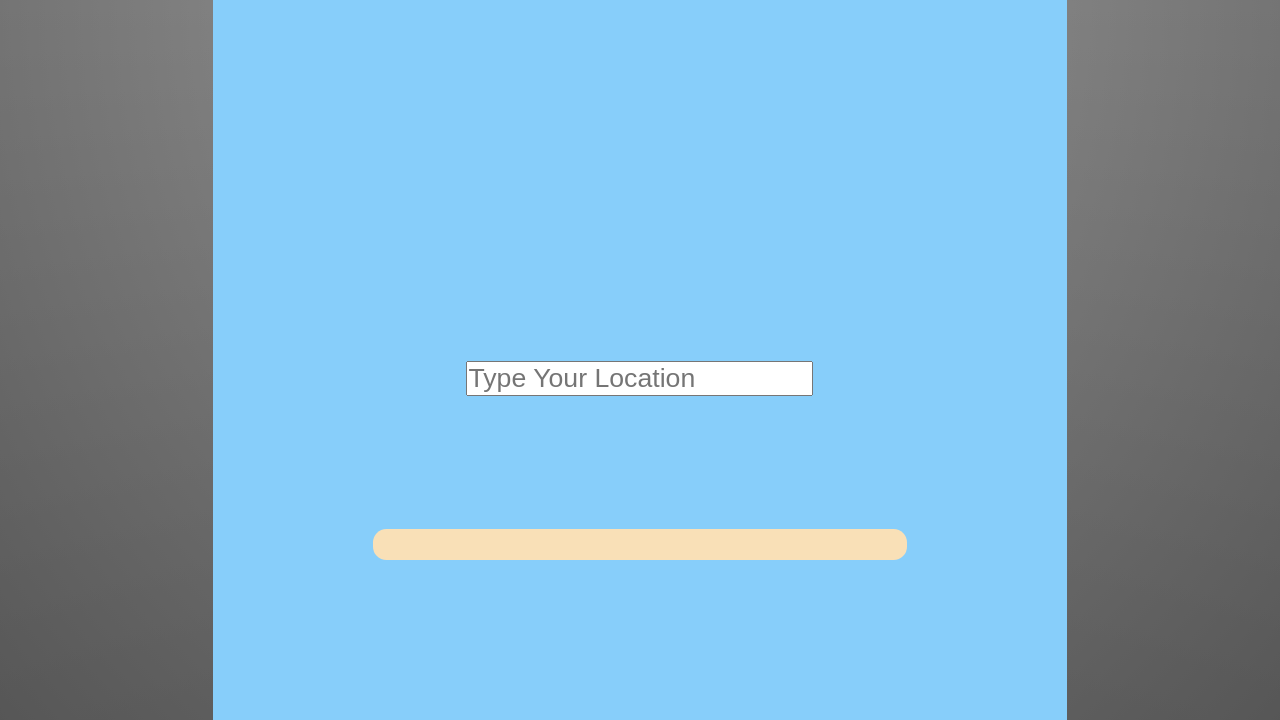
Repository: Heidingg/weather_app
Page: /
The author's editor kept a copy of each file at every save. The page is drawn from the files as they stood at one save, then again after the next save.
The browser window is 1280 px wide. The pictures show the whole page.
The project was rebuilt for these pictures with package versions that can differ from the ones it lists, and the page was loaded fresh each time. The framework's server and built-in components were replaced by stand-ins that run in the browser. Also part of the build but not shown: next.config.js.

Above is the page before, as saved 2023-01-20 22:31:11.

### pages/index.js
import Head from 'next/head';
import Image from 'next/image';
import { Inter } from '@next/font/google';
import styles from '../styles/Home.module.css';
import { useState } from 'react';
import React from 'react';
import axios from 'axios';

const inter = Inter({ subsets: ['latin'] })

export default function Home() {

  const [location, setLocation] = useState('');
  const [data, setData] = useState({});
  const [weather, setWeather] = useState();
  const [main, setMain] = useState();
  const [wind, setWind] = useState();
  const [errorMessage, setErrorMessage] = useState('');
  const [icon, setIcon] = useState('');
  var lang = "en";
  var units = "metric";
  var apiKey = "8a3b66428312171f7c96dafa7cbc5a31";

  const url = `https://api.openweathermap.org/data/2.5/weather?q=${location}&units=${units}&appid=${apiKey}&lang=${lang}`;


  const searchLocation = (event) => {
    if (event.key === 'Enter') {
      axios.get(url)
        .then((response) => {
          console.clear();
          setData(response.data);
          console.log(response.data);
          setWeather(response.data.weather);
          setWind(response.data.wind);
          setIcon(response.data.icon);
          setErrorMessage("");
        }).catch(err => {
          console.log(err);
          setErrorMessage("Please enter another location");
          setData({});
          setWeather();
          setMain();
          setWind();
          setIcon();
        })
      setLocation('')
    }
  }


  return (
    <>
      <Head>
        <title>Loweather</title>
        <meta name="description" content="Generated by create next app" />
        <meta name="viewport" content="width=device-width, initial-scale=1" />
        <link rel="icon" href="cloudy.png" alt=""/>
      </Head>

      <main className={styles.main}>
        <div className={styles.location}></div>
          <div className={styles.locationIcon}>
          <div className={styles.locationName}>
            {data.name}
          </div>
        </div>

        <div className={styles.errorMess}>{errorMessage}</div>
        <input
          value={location}
          onChange={event => setLocation(event.target.value)}
          placeholder="Type Your Location"
          onKeyDown={searchLocation}
          type="text"
        >
        </input>
    <div className={styles.searchContainer}></div>
        <div className={styles.weatherData}>
          <div className={styles.weatherCondition}>
            {
              weather && weather.map((w, index) => {
                return (
                  <div key={index}>
                    <div className>{w.icon}</div>
                    <img className={styles.iconStyle} src={`http://openweathermap.org/img/wn/${w.icon}@2x.png`}></img>
                    <div className>{w.main}</div>
                  </div>
                )
              })
            }
          </div>

          {
            weather && weather.map((w, index) => {
              return (
                <div key={index}>
                  <div className>{w.description}</div>
                </div>
              )
            })
          }

          {
            main && weather.map(() => {
              return (
                <div>
                  <div className={styles.weatherTemp}>Temperature: {main.temp}&#176;C</div>
                  <div className={styles.weatherFeel}>Feels like: {main.feels_like}&#176;C</div>
                </div>
              )
            })
          }

          {
            wind && weather.map(() => {
              return (
                <div>
                  <div className={styles.weatherWind}>Wind: {wind.gust} m/s</div>
                </div>
              )
            })
          }

        </div>
      </main>
    </>
)
}

### styles/globals.css
:root {
  --max-width: 1100px;
  --border-radius: 12px;
  --font-mono: ui-monospace, Menlo, Monaco, 'Cascadia Mono', 'Segoe UI Mono',
    'Roboto Mono', 'Oxygen Mono', 'Ubuntu Monospace', 'Source Code Pro',
    'Fira Mono', 'Droid Sans Mono', 'Courier New', monospace;

  --foreground-rgb: 0, 0, 0;
  --background-start-rgb: 214, 219, 220;
  --background-end-rgb: 255, 255, 255;

  --primary-glow: conic-gradient(
    from 180deg at 50% 50%,
    #16abff33 0deg,
    #0885ff33 55deg,
    #54d6ff33 120deg,
    #0071ff33 160deg,
    transparent 360deg
  );
  --secondary-glow: radial-gradient(
    rgba(255, 255, 255, 1),
    rgba(255, 255, 255, 0)
  );

  --tile-start-rgb: 239, 245, 249;
  --tile-end-rgb: 228, 232, 233;
  --tile-border: conic-gradient(
    #00000080,
    #00000040,
    #00000030,
    #00000020,
    #00000010,
    #00000010,
    #00000080
  );

  --callout-rgb: 238, 240, 241;
  --callout-border-rgb: 172, 175, 176;
  --card-rgb: 180, 185, 188;
  --card-border-rgb: 131, 134, 135;
}

@media (prefers-color-scheme: dark) {
  :root {
    --foreground-rgb: 255, 255, 255;
    --background-start-rgb: 0, 0, 0;
    --background-end-rgb: 0, 0, 0;

    --primary-glow: radial-gradient(rgba(1, 65, 255, 0.4), rgba(1, 65, 255, 0));
    --secondary-glow: linear-gradient(
      to bottom right,
      rgba(1, 65, 255, 0),
      rgba(1, 65, 255, 0),
      rgba(1, 65, 255, 0.3)
    );

    --tile-start-rgb: 2, 13, 46;
    --tile-end-rgb: 2, 5, 19;
    --tile-border: conic-gradient(
      #ffffff80,
      #ffffff40,
      #ffffff30,
      #ffffff20,
      #ffffff10,
      #ffffff10,
      #ffffff80
    );

    --callout-rgb: 20, 20, 20;
    --callout-border-rgb: 108, 108, 108;
    --card-rgb: 100, 100, 100;
    --card-border-rgb: 200, 200, 200;
  }
}

* {
  box-sizing: border-box;
  padding: 0;
  margin: 0;
  font-family: "Montserrat", sans-serif;
  font-size: 20pt;
}

.input{
  width: 80%;
  display: flex;
  background-color: lightblue;
}

.input.input-placeholder{
  outline: none;
    padding: 0.4em 1em;
    color: black;
    font-family: inherit;
    font-size: 22px;
    width: 520px;
    height: 43px;
}

html,
body {
  display: flex;
  justify-content: center;
  align-items: center;
  height: 100vh;
  background: linear-gradient(to bottom, rgba(255,255,255,0.15) 0%, rgba(0,0,0,0.15) 100%), radial-gradient(at top center, rgba(255,255,255,0.40) 0%, rgba(0,0,0,0.40) 120%) #989898;
  background-blend-mode: multiply,multiply;
}

body {
  color: rgb(var(--foreground-rgb));
  background: linear-gradient(
      to bottom,
      transparent,
      rgb(var(--background-end-rgb))
    )
    rgb(var(--background-start-rgb));
}

a {
  color: inherit;
  text-decoration: none;
}

@media (prefers-color-scheme: dark) {
  html {
    color-scheme: dark;
  }
}

### styles/Home.module.css
.main {
  display: flex;
  flex-direction: column;
  justify-content: space-between;
  align-items: center;
  padding: 6rem;
  min-height: 100vh;
  background-color: lightskyblue;
}

.description {
  display: inherit;
  justify-content: inherit;
  align-items: inherit;
  font-size: 0.85rem;
  max-width: var(--max-width);
  width: 100%;
  z-index: 2;
  font-family: var(--font-mono);

}

.description a {
  display: flex;
  justify-content: center;
  align-items: center;
  gap: 0.5rem;
}

.description p {
  position: relative;
  margin: 0;
  padding: 1rem;
  background-color: rgba(var(--callout-rgb), 0.5);
  border: 1px solid rgba(var(--callout-border-rgb), 0.3);
  border-radius: var(--border-radius);
}

.code {
  font-weight: 700;
  font-family: var(--font-mono);
}

.grid {
  display: grid;
  grid-template-columns: repeat(4, minmax(25%, auto));
  width: var(--max-width);
  max-width: 100%;
}

.card {
  padding: 1rem 1.2rem;
  border-radius: var(--border-radius);
  background: rgba(var(--card-rgb), 0);
  border: 1px solid rgba(var(--card-border-rgb), 0);
  transition: background 200ms, border 200ms;
}

.card span {
  display: inline-block;
  transition: transform 200ms;
}

.card h2 {
  font-weight: 600;
  margin-bottom: 0.7rem;
}

.card p {
  margin: 0;
  opacity: 0.6;
  font-size: 0.9rem;
  line-height: 1.5;
  max-width: 30ch;
}

.center {
  display: flex;
  justify-content: center;
  align-items: center;
  position: relative;
  padding: 4rem 0;
}

.center::before {
  background: var(--secondary-glow);
  border-radius: 50%;
  width: 480px;
  height: 360px;
  margin-left: -400px;
}

.center::after {
  background: var(--primary-glow);
  width: 240px;
  height: 180px;
  z-index: -1;
}

.center::before,
.center::after {
  content: '';
  left: 50%;
  position: absolute;
  filter: blur(45px);
  transform: translateZ(0);
}

.logo,
.thirteen {
  position: relative;
}

.thirteen {
  display: flex;
  justify-content: center;
  align-items: center;
  width: 75px;
  height: 75px;
  padding: 25px 10px;
  margin-left: 16px;
  transform: translateZ(0);
  border-radius: var(--border-radius);
  overflow: hidden;
  box-shadow: 0px 2px 8px -1px #0000001a;
}

.thirteen::before,
.thirteen::after {
  content: '';
  position: absolute;
  z-index: -1;
}

/* Conic Gradient Animation */
.thirteen::before {
  animation: 6s rotate linear infinite;
  width: 200%;
  height: 200%;
  background: var(--tile-border);
}

/* Inner Square */
.thirteen::after {
  inset: 0;
  padding: 1px;
  border-radius: var(--border-radius);
  background: linear-gradient(
    to bottom right,
    rgba(var(--tile-start-rgb), 1),
    rgba(var(--tile-end-rgb), 1)
  );
  background-clip: content-box;
}

/* Enable hover only on non-touch devices */
@media (hover: hover) and (pointer: fine) {
  .card:hover {
    background: rgba(var(--card-rgb), 0.1);
    border: 1px solid rgba(var(--card-border-rgb), 0.15);
  }

  .card:hover span {
    transform: translateX(4px);
  }
}

@media (prefers-reduced-motion) {
  .thirteen::before {
    animation: none;
  }

  .card:hover span {
    transform: none;
  }
}

/* Mobile */
@media (max-width: 700px) {
  .content {
    padding: 4rem;
  }

  .grid {
    grid-template-columns: 1fr;
    margin-bottom: 120px;
    max-width: 320px;
    text-align: center;
  }

  .card {
    padding: 1rem 2.5rem;
  }

  .card h2 {
    margin-bottom: 0.5rem;
  }

  .center {
    padding: 8rem 0 6rem;
  }

  .center::before {
    transform: none;
    height: 300px;
  }

  .description {
    font-size: 0.8rem;
  }

  .description a {
    padding: 1rem;
  }

  .description p,
  .description div {
    display: flex;
    justify-content: center;
    position: fixed;
    width: 100%;
  }

  .description p {
    align-items: center;
    inset: 0 0 auto;
    padding: 2rem 1rem 1.4rem;
    border-radius: 0;
    border: none;
    border-bottom: 1px solid rgba(var(--callout-border-rgb), 0.25);
    background: linear-gradient(
      to bottom,
      rgba(var(--background-start-rgb), 1),
      rgba(var(--callout-rgb), 0.5)
    );
    background-clip: padding-box;
    backdrop-filter: blur(24px);
  }

  .description div {
    align-items: flex-end;
    pointer-events: none;
    inset: auto 0 0;
    padding: 2rem;
    height: 200px;
    background: linear-gradient(
      to bottom,
      transparent 0%,
      rgb(var(--background-end-rgb)) 40%
    );
    z-index: 1;
  }
}

/* Tablet and Smaller Desktop */
@media (min-width: 701px) and (max-width: 1120px) {
  .grid {
    grid-template-columns: repeat(2, 50%);
  }
}

@media (prefers-color-scheme: dark) {
  .vercelLogo {
    filter: invert(1);
  }

  .logo,
  .thirteen img {
    filter: invert(1) drop-shadow(0 0 0.3rem #ffffff70);
  }
}

@keyframes rotate {
  from {
    transform: rotate(360deg);
  }
  to {
    transform: rotate(0deg);
  }
}



div.weatherData {
  display: flex;
  flex-direction: column;
  align-items: left;
  justify-content: center;
  line-height: 30pt;
  background-color: #f9e0b7;
  padding-top: 3pt;
  padding-bottom: 1rem;
  border-radius: 10pt;
  width: 20rem;
}

div.weatherCondition {
  text-align: center;
  color: green;
}

.weatherDesc {
  display: flex;
  flex-direction: row;
  align-items: left;

}

div.locationName {
  font-size: 30pt;
  color: darkgreen;
  font-weight: 600;
}

Loaded but not shown: pages/_app.js (common file); pages/_document.js (common file)

After the next save:
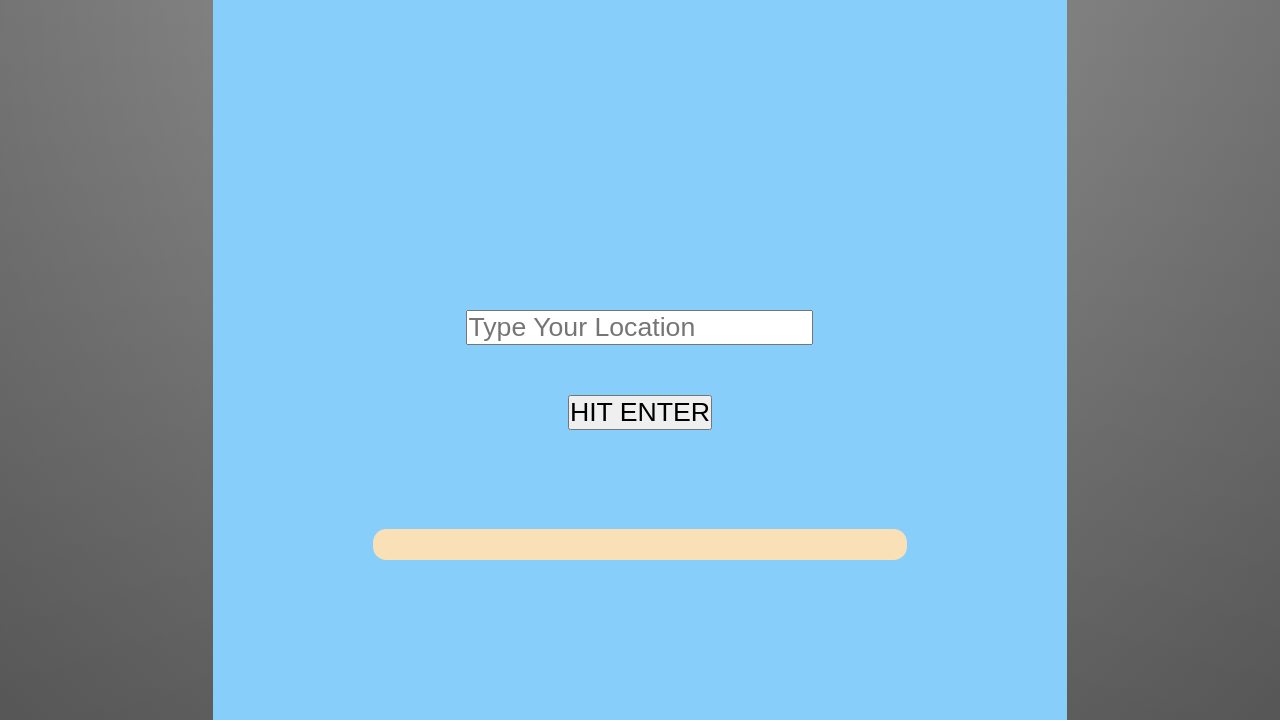
Saved 2 min 27 s later.
--- a/pages/index.js
+++ b/pages/index.js
@@ -67,7 +67,7 @@ export default function Home() {
         </div>
 
         <div className={styles.errorMess}>{errorMessage}</div>
-        <input
+        <input id={styles.input}
           value={location}
           onChange={event => setLocation(event.target.value)}
           placeholder="Type Your Location"
@@ -75,6 +75,8 @@ export default function Home() {
           type="text"
         >
         </input>
+    <button className={styles.Btn}
+    type="submit" onClick={setWeather} >HIT ENTER </button>
     <div className={styles.searchContainer}></div>
         <div className={styles.weatherData}>
           <div className={styles.weatherCondition}>
